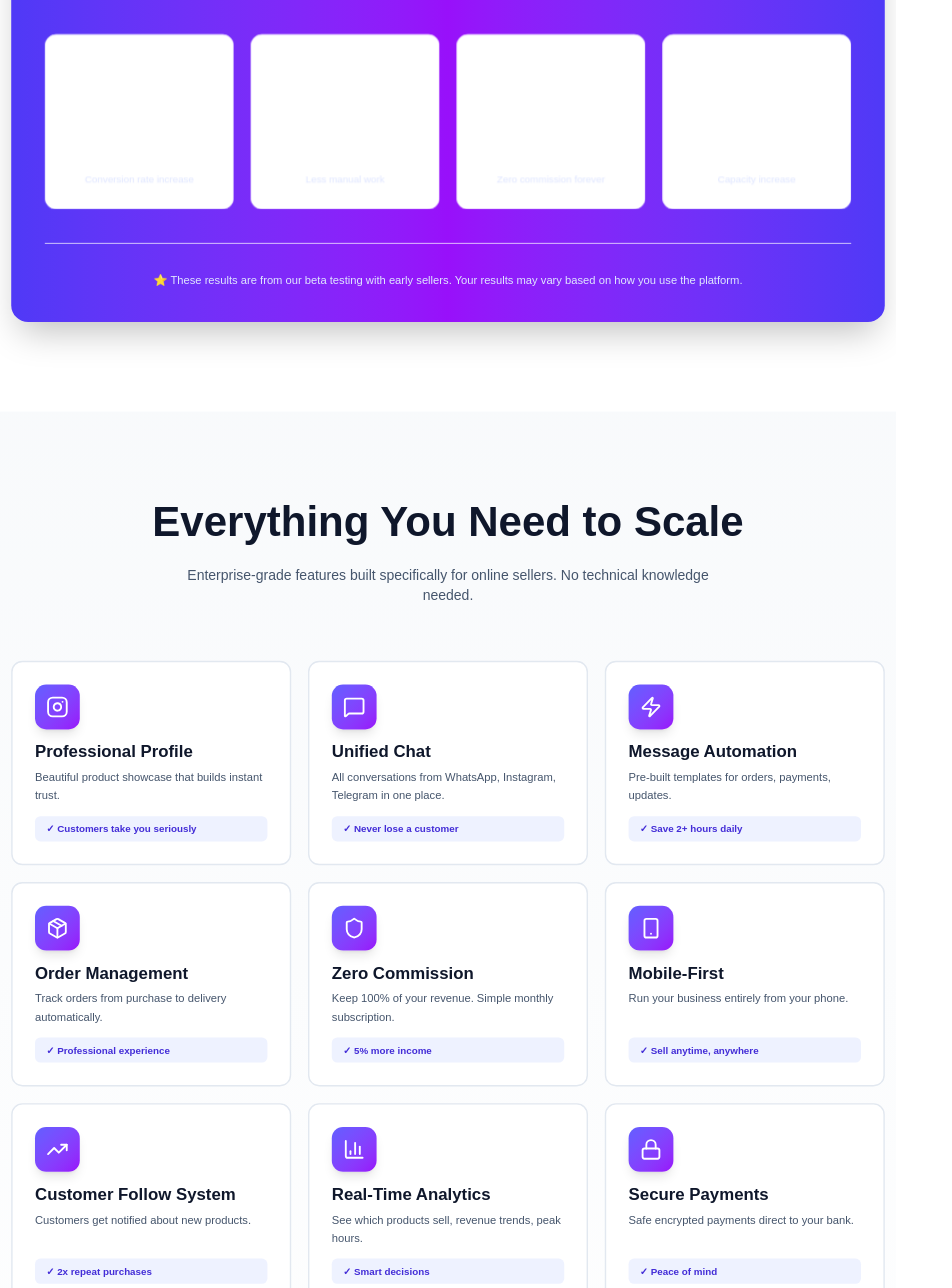
Repository: vikkii2005/asvalue-waitlist
Page: /
These files come from the project's save history. The page is drawn as it stood at one moment and after the next save; the edit follows.
The browser window is 1280 px wide. The page is 1280 px wide, then 1360 px, so the pictures cover 1360 px, including what lies to the right of the window. The pictures show the part of the page from y = 3050 to 4890 px (the page is 6618 px tall before and 6621 px after), at 70% of full size.
The page's requests for data from a server got no answer. The project was rebuilt for these pictures with package versions that can differ from the ones it lists, and the page was loaded fresh each time. The framework's server and built-in components were replaced by stand-ins that run in the browser. No one was signed in, and anything a server would have sent is missing. Also part of the build but not shown: next.config.ts, components/ReferralDashboard.tsx.

Above is the page before, as saved 2025-10-31 10:26:20.

After the next save:
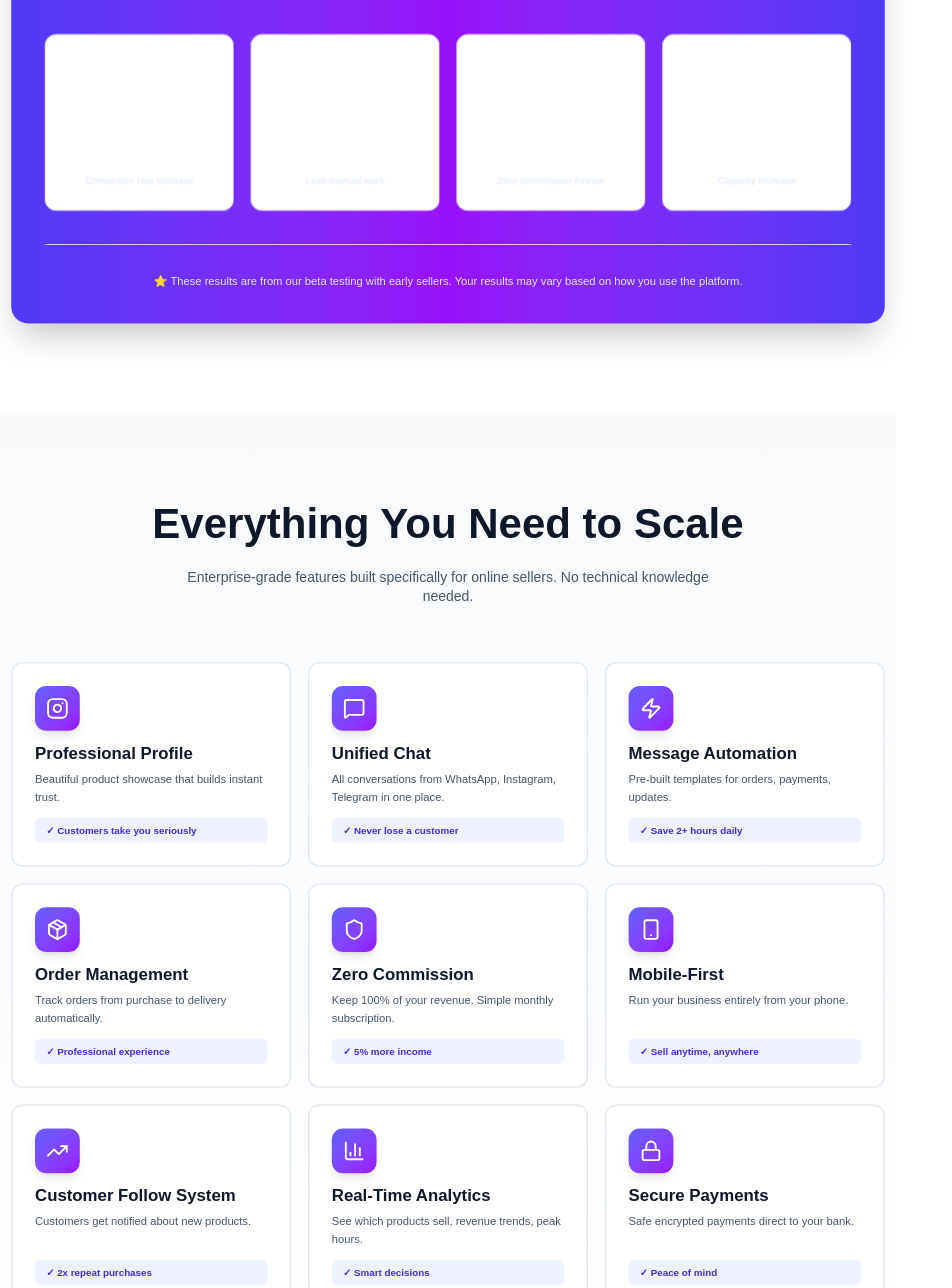
Saved 9 s later.
--- a/components/ProblemSolution.tsx
+++ b/components/ProblemSolution.tsx
@@ -1,4 +1,4 @@
-import { AlertCircle, CheckCircle2, Clock, DollarSign, TrendingDown, Users2, TrendingUp, Zap, BarChart3, Target } from 'lucide-react'
+import { AlertCircle, CheckCircle2, Clock, DollarSign, TrendingDown, Users2, TrendingUp, Target } from 'lucide-react'
 
 const problems = [
   {
@@ -126,43 +126,49 @@
           ))}
         </div>
 
-        {/* Results Stats - FIXED WITH VISIBLE CONTENT */}
-        <div className="mt-12 md:mt-20 bg-linear-to-r from-indigo-600 via-purple-600 to-indigo-600 rounded-3xl p-8 md:p-12 text-white shadow-2xl">
-          {/* Header */}
-          <div className="text-center mb-10 md:mb-16">
-            <h3 className="text-3xl md:text-4xl font-bold mb-3 md:mb-4">Real Results From Sellers</h3>
-            <p className="text-sm md:text-lg text-indigo-100 font-medium">Proven improvements from early members using AsValue</p>
-          </div>
+        {/* Results Stats - PROFESSIONAL STYLING */}
+        <div className="mt-12 md:mt-20 bg-linear-to-r from-indigo-600 via-purple-600 to-indigo-600 rounded-3xl p-8 md:p-12 text-white shadow-2xl overflow-hidden">
+          {/* Decorative elements */}
+          <div className="absolute -right-20 -top-20 w-40 h-40 bg-white opacity-5 rounded-full blur-3xl" />
+          <div className="absolute -left-20 -bottom-20 w-40 h-40 bg-white opacity-5 rounded-full blur-3xl" />
 
-          {/* Results Grid - NOW WITH VISIBLE ICONS AND TEXT */}
-          <div className="grid grid-cols-2 lg:grid-cols-4 gap-4 md:gap-6">
-            {results.map((result, index) => (
-              <div
-                key={index}
-                className="bg-white bg-opacity-10 hover:bg-opacity-20 rounded-2xl p-6 md:p-8 border border-white border-opacity-30 backdrop-blur transition-all duration-300 text-center"
-              >
-                {/* Icon */}
-                <div className="w-12 h-12 md:w-14 md:h-14 bg-white bg-opacity-20 rounded-full flex items-center justify-center mx-auto mb-3 md:mb-4">
-                  <result.icon className="w-6 h-6 md:w-7 md:h-7 text-white" />
+          <div className="relative z-10">
+            {/* Header */}
+            <div className="text-center mb-10 md:mb-16">
+              <h3 className="text-3xl md:text-4xl font-bold mb-3 md:mb-4">Real Results From Sellers</h3>
+              <p className="text-sm md:text-lg text-indigo-100 font-medium">Proven improvements from early members using AsValue</p>
+            </div>
+
+            {/* Results Grid - PROFESSIONAL */}
+            <div className="grid grid-cols-2 lg:grid-cols-4 gap-4 md:gap-6 mb-10 md:mb-12">
+              {results.map((result, index) => (
+                <div
+                  key={index}
+                  className="bg-white bg-opacity-10 hover:bg-opacity-20 rounded-2xl p-6 md:p-8 border border-white border-opacity-30 backdrop-blur-sm transition-all duration-300 text-center hover:shadow-lg"
+                >
+                  {/* Icon */}
+                  <div className="w-12 h-12 md:w-14 md:h-14 bg-white bg-opacity-20 rounded-full flex items-center justify-center mx-auto mb-3 md:mb-4 hover:bg-opacity-30 transition-all">
+                    <result.icon className="w-6 h-6 md:w-7 md:h-7 text-white" />
+                  </div>
+
+                  {/* Big Number */}
+                  <div className="text-3xl md:text-5xl font-black mb-2 md:mb-3 text-white">{result.number}</div>
+
+                  {/* Label */}
+                  <div className="text-sm md:text-base font-bold mb-2 text-white">{result.label}</div>
+
+                  {/* Description */}
+                  <div className="text-xs md:text-sm text-indigo-100 leading-relaxed">{result.description}</div>
                 </div>
+              ))}
+            </div>
 
-                {/* Big Number */}
-                <div className="text-3xl md:text-5xl font-black mb-2 md:mb-3">{result.number}</div>
-
-                {/* Label */}
-                <div className="text-sm md:text-base font-bold mb-2">{result.label}</div>
-
-                {/* Description */}
-                <div className="text-xs md:text-sm text-indigo-100">{result.description}</div>
-              </div>
-            ))}
-          </div>
-
-          {/* Extra Info */}
-          <div className="mt-10 md:mt-12 text-center border-t border-white border-opacity-20 pt-8 md:pt-10">
-            <p className="text-sm md:text-base text-indigo-100 font-medium">
-              ⭐ These results are from our beta testing with early sellers. Your results may vary based on how you use the platform.
-            </p>
+            {/* Extra Info */}
+            <div className="border-t border-white border-opacity-20 pt-8 md:pt-10 text-center">
+              <p className="text-sm md:text-base text-indigo-100 font-medium">
+                ⭐ These results are from our beta testing with early sellers. Your results may vary based on how you use the platform.
+              </p>
+            </div>
           </div>
         </div>
       </div>
